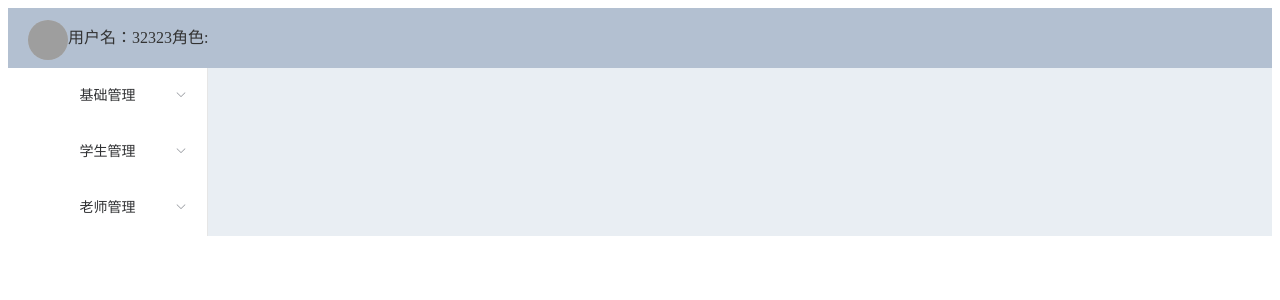
Repository: lwm9704/school-front
Page: /#/home
An editor plug-in stored every save of this project. The page is shown before and after the next save, followed by the edit.
The browser window is 1280 px wide. The pictures show the whole page.
Pictures or frames that could not be fetched are drawn as grey boxes. The project was rebuilt for these pictures with package versions that can differ from the ones it lists, and the page was loaded fresh each time. Also part of the build but not shown: src/view/login.vue.

Above is the page before, as saved 2021-11-15 15:39:33.

### src/main.js
// The Vue build version to load with the `import` command
// (runtime-only or standalone) has been set in webpack.base.conf with an alias.
import Vue from 'vue'
import App from './App'
import router from './router'
import ElementUI from 'element-ui'
import 'element-ui/lib/theme-chalk/index.css'
import Vuex from 'vuex'

Vue.config.productionTip = false
Vue.use(ElementUI)
Vue.use(Vuex)

/* eslint-disable no-new */
new Vue({
  el: '#app',
  router,
  components: { App },
  template: '<App/>'
})

### src/router/index.js

import Vue from 'vue'
import Router from 'vue-router'
import Login from '@/view/login'
import Home from '../view/home'


Vue.use(Router)

export default new Router({
  routes: [
    {
      path: '/',
      redirect: '/login',
    },
    {
      path: '/login',
      name: 'login',
      component: Login
    },
    {
      path: '/home',
      name: 'home',
      component: Home,
      children: [
        {
          path: '/user',
          name: 'user',
          component: () => import('@/view/user')
        },
        {
          path: '/code',
          name: 'code',
          component: () => import('@/view/code')
        },
        {
          path: '/course',
          name: 'course',
          component: () => import('@/view/course')
        },
        {
          path: '/grade',
          name: 'grade',
          component: () => import('@/view/grade')
        },
        {
          path: '/lecture',
          name: 'lecture',
          component: () => import('@/view/lecture')
        },
        {
          path: '/member',
          name: 'member',
          component: () => import('@/view/member')
        },
        {
          path: '/score',
          name: 'score',
          component: () => import('@/view/score')
        },
        {
          path: '/teaching',
          name: 'teaching',
          component: () => import('@/view/teaching')
        }
      ]
    },

  ]
})

### src/view/home.vue
<template>
  <el-container>
    <el-header>
      <div class="header">
        <myHeader></myHeader>
      </div>
    </el-header>
    <el-container>
      <el-aside width="200px" class="Aside">
        <leftMenu></leftMenu>
      </el-aside>
      <el-container>
        <el-main>
          <router-view></router-view>
        </el-main>
      </el-container>
    </el-container>
  </el-container>
</template>
<script>
import req from "../js/home";
import leftMenu from "../components/leftMenu";
import myHeader from "../components/myHeader";
export default {
  components: {
    leftMenu,
    myHeader,
  },

  methods: {
    // handlerSelect(key, path) {
    //   console.log(key, path);
    //   // console.log(this.$route.path)
    //   if (path !== this.$route.path) {
    //     this.$router.replace({ path: path});
    //     // this.$router.push({path: key, query: {}})
    //   }
    //   // this.$router.push({name: key, params: {}})
    //   console.log(key);
    //   console.log(path);
    // },
    //侧边栏的方法
    handleOpen(key, keyPath) {
      console.log(key, keyPath);
    },
    handleClose(key, keyPath) {
      console.log(key, keyPath);
    },
  },
  mounted() {},
};
</script>
<style lang="scss" scoped>
.el-header,
.el-footer {
  background-color: #b3c0d1;
  color: #333;
  text-align: center;
  line-height: 60px;
}

.el-aside {
  background-color: #d3dce6;
  color: #333;
  text-align: center;
  line-height: 200px;
}

.el-main {
  background-color: #e9eef3;
  color: #333;
  text-align: center;
  line-height: 160px;
}

body > .el-container {
  margin-bottom: 40px;
}
</style>

### src/js/home.js
import req from "../fect/rquestConfig";

const config = {
    getUserInfo: {
        url: '/user/selectOfCondition',
        method: 'get'
    },
}
const request = function (funcName, requestParam) {
    return req(config[funcName].url, config[funcName].method, requestParam, {}, config[funcName].fileConfig)
}
export default request

### src/components/leftMenu.vue
<template>
  <div>
    <el-menu class="el-menu-vertical-demo" :default-active="this.$router.path" router @open="handleOpen" @close="handleClose" >
      <el-submenu v-for="(item,index) in menuList" :index="index+''" :key="item.labe" >
        <template slot="title">{{item.labe}}</template>
        <div v-if="item.children">
          <el-menu-item
            v-for="items in item.children"
            :index="items.path"
            :key="items.path"
          >
            <template slot="title">
              {{items.labe}}
              </template>
          </el-menu-item>
        </div>
      </el-submenu>
    </el-menu>
  </div>
</template>

<script>
// import router from 'vue-router'
export default {
  name: "leftMenu",
  props: [],
  data() {
    return {
      menuList: [
        {
          index: '1',
          labe: "基础管理",
          children: [
            {
              index: '1 - 1',
              labe: "编码管理",
              path: "/code"
            },
            {
              index: '1 - 2',
              labe: "用户管理",
              path: "/user"
            },
            {
              index: '1 - 3',
              labe: "班级管理",
              path: "/grade"
            },
            {
              index: '1 - 4',
              labe: "课程管理",
              path: "/course"
            }
          ]
        },
        {
          index: '2',
          labe: "学生管理",
          children: [
            {
              index: '2 - 1',
              labe: "学生家庭成员管理",
              path: "/member"
            },
            {
              index: '2 - 2',
              labe: "考试成绩管理",
              path: "/score"
            }
          ]
        },
        {
          index: '3',
          labe: "老师管理",
          children: [
            {
              index: '3 - 1',
              labe: "教学管理",
              path: "/teaching"
            },
            {
              index: '3 - 2',
              labe: "授课管理",
              path: "/lecture"
            }
          ]
        }
      ]
    };
  },
  methods: {
    // handlerSelect(key, path) {
      // console.log(key,path)
      // if (path !== this.$route.path) {
      //   this.$router.replace({path:'path'});
      //   // this.$router.push({path: key, query: {}})
      // }
      // // this.$router.push({name: key, params: {}})
      // console.log(key);
      // console.log(path);
      // this.$emit('select', key,path);
    // },
    handleOpen(key, keyPath) {
      console.log(key, keyPath);
    },
    handleClose(key, keyPath) {
      console.log(key, keyPath);
    }
  }
};
</script>

<!-- Add "scoped" attribute to limit CSS to this component only -->
<style scoped>
</style>

### src/components/myHeader.vue
<template>
  <div class="myHeader">
    <div class="userInfo">
      <div class="avatar">
        <el-avatar
          src="https://cube.elemecdn.com/0/88/03b0d39583f48206768a7534e55bcpng.png"
        ></el-avatar>
      </div>
      <div class="charInfo">
        <span>用户名：{{userInfo.account}}</span>
        <span>角色:{{userInfo.role}}</span>
      </div>
    </div>
  </div>
</template>
<script>
export default {
  name: "myHeader",
  props: [],
  data() {
    return {
      userInfo: {
        userId: "3232",
        account: "32323",
        role: "",
      },
    };
  },
  methods: {
    getUserInfo() {},
  },
  mounted() {
    this.getUserInfo();
  },
};
</script>
<style lang="scss" scoped>
.userInfo {
    display: flex;
    flex-direction: row;
    .avatar{
      margin-top: 1%;
    }
}
</style>

### src/fect/rquestConfig.js
import axios from 'axios'
import { throwErr } from './throwErr'

// const urlHead = 'http://305o99f251.wicp.vip'
const urlHead = 'http://localhost:9000'
const qs = require('qs')

/**
 *
 * @param {String} url 请求路径
 * @param {String} method 请求方法
 * @param {Object} params 请求参数
 * @param {Object} requestHeader 请求头
 * @param {Object} fileConfig ---> {type, fileName} 导出配置 ---> 导出类型, 文件名称
 */
const req = function (url, method, params, requestHeader, fileConfig = {}) {
    let instance = axios.create({
        baseURL: urlHead,
        timeout: 60000
    })

    // 添加请求拦截器
    instance.interceptors.request.use(config => {
        return config
    }, error => {
        return Promise.reject(error)
    })

    let requestConfig = {
        url: url,
        method: method,
        //将header、params、token复制到目标
        params: Object.assign({}, params, { access_token: JSON.parse(sessionStorage.getItem('userInfo')).access_token }),
        data: qs.stringify(Object.assign({}, params, { access_token: JSON.parse(sessionStorage.getItem('userInfo')).access_token })),
        headers: {},
        responseType: fileConfig.type === 'file' ? 'blob' : ''
    }

    let getReg = /get|GET/
    let postReg = /post|POST/

    let fileData = {}

    let timer = null

    // 请求类型为导出时，添加vuex状态管理，定时修改vuex对应记录，请求完成或者请求报错时，停止定时器
    if (fileConfig.type === 'file') {
        fileData = {
            fileId: new Date().getTime(),
            fileName: fileConfig.fileName,
            fileLoadTime: 0,
            fileStatus: 'downloading',
            errorInfo: '',
            fileUrl: null
        }

    }

    if (getReg.test(requestConfig.method)) {
        delete requestConfig.data
        requestConfig.headers['Content-Type'] = 'application/json'
    } else if (postReg.test(requestConfig.method)) {
        delete requestConfig.params
        requestConfig.headers['Content-Type'] = 'application/x-www-form-urlencoded'
    }

    // 添加响应拦截器
    instance.interceptors.response.use(response => {
        clearInterval(timer)
        timer = null

        if (response.status === 200) {
            if (fileConfig.type === 'file') {
                fileData.fileStatus = 'success'
                fileData.fileUrl = window.URL.createObjectURL(new Blob([response.data]))
                // store.commit('changeExportFileList', fileData)
            }

            return response.data
        } else {
            if (fileConfig.type === 'file') {
                fileData.fileStatus = 'error'
                // store.commit('changeExportFileList', fileData)
            }

            throw new Error(throwErr(response))
        }
    }, error => {
        clearInterval(timer)
        timer = null

        if (fileConfig.type === 'file') {
            fileData.fileStatus = 'error'
            // store.commit('changeExportFileList', fileData)
        }

        return Promise.reject(error)
    })

    return instance(requestConfig)
}

export default req

### src/fect/throwErr.js
// axios错误信息匹配
export const throwErr = (response) => {
    let message = '请求错误'
    switch (response.status) {
        case 400:
            message = '请求错误'
            break
        case 401:
            message = '未授权，请登录'
            break
        case 403:
            message = '拒绝访问'
            break
        case 404:
            message = `请求地址出错: ${response.config.url}`
            break
        case 408:
            message = '请求超时'
            break
        case 500:
            message = '服务器内部错误'
            break
        case 501:
            message = '服务未实现'
            break
        case 502:
            message = '网关错误'
            break
        case 503:
            message = '服务不可用'
            break
        case 504:
            message = '网关超时'
            break
        case 505:
            message = 'HTTP版本不受支持'
            break
        default:
    }
    return '错误码:' + response.status + ' ' + '错误信息:' + message
}

Loaded but not shown: index.html (common file); src/App.vue (common file)

After the next save:
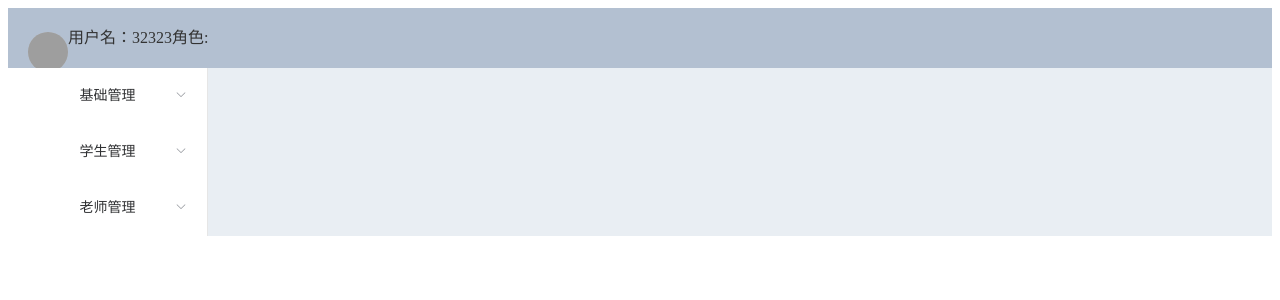
Saved 23 s later.
--- a/src/components/myHeader.vue
+++ b/src/components/myHeader.vue
@@ -39,7 +39,7 @@ export default {
     display: flex;
     flex-direction: row;
     .avatar{
-      margin-top: 1%;
+      padding-top: 2%;
     }
 }
 </style>
